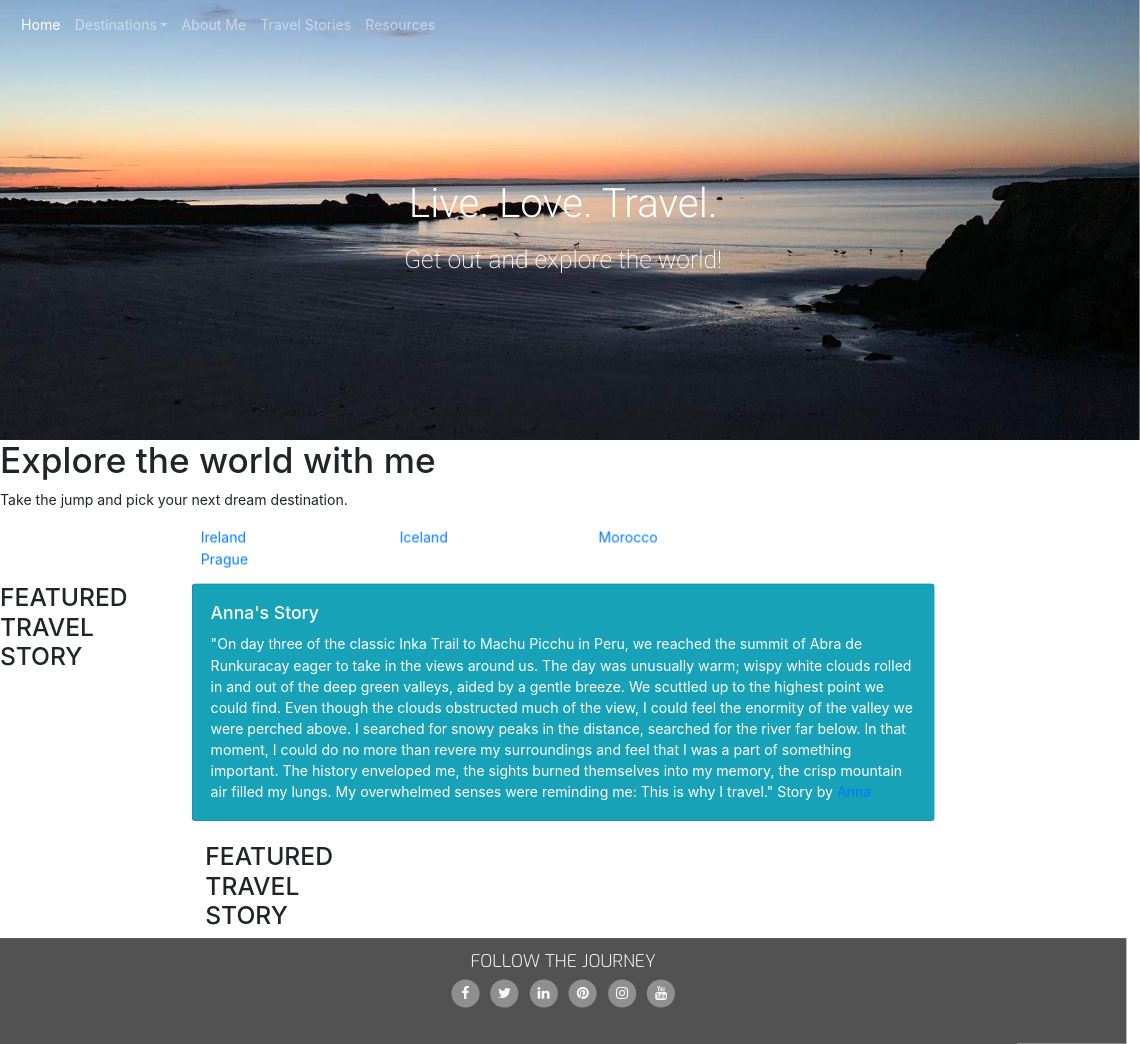
Repository: lhynes/User-Centric-Frontend-Development-Milestone-Project
Page: index.html
The author's editor kept a record of every edit. The page is drawn from the files as they stood at one moment, then again after the next edit.
The browser window is 1280 px wide. The page is 1295 px wide, so the pictures cover 1295 px, including what lies to the right of the window. The pictures show the whole page, at 88% of full size.
Some web libraries are served in a nearby version.

Above is the page before.

After the next edit:
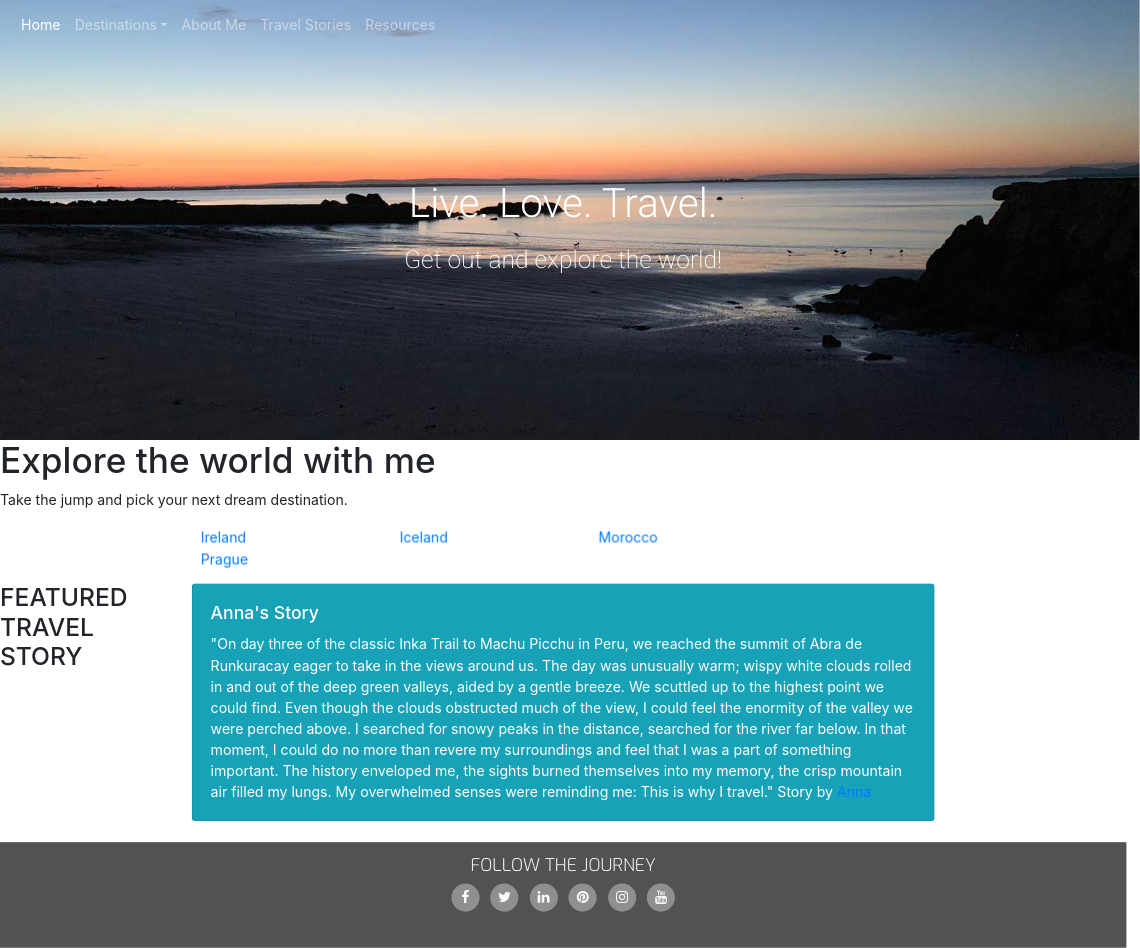
The edit:
--- a/index.html
+++ b/index.html
@@ -172,15 +172,6 @@
                                             target="_blank">Anna</a></p>
                                 </div>
                             </div>
-                            <div class="col-md-2  section-column">
-                                <div class="row">
-                                    <div class="col-12">
-                                        <h3 class="section-heading uppercase">
-                                            Featured Travel story
-                                        </h3>
-                                    </div>
-                                </div>
-                            </div>
                         </div>
 
 
